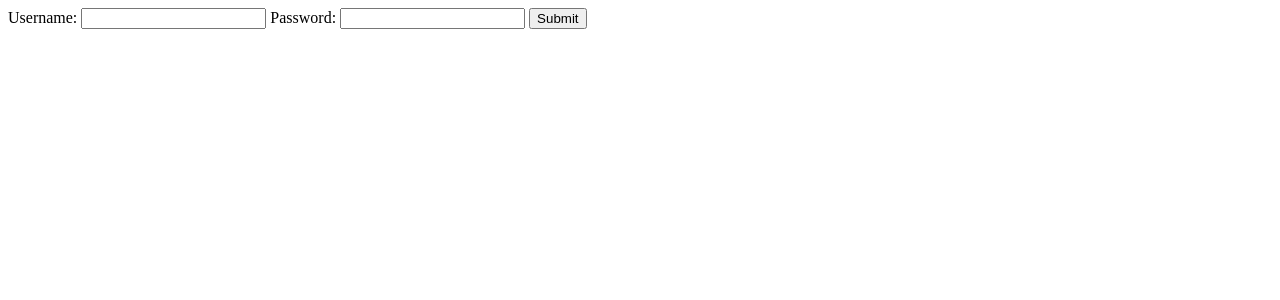
Repository: girija1234567/finalmule
Page: projectone/src/main/resources/index.html
An editor plug-in stored every save of this project. The page is shown before and after the next save, followed by the edit.
The browser window is 1280 px wide. The pictures show the whole page.

Above is the page before, as saved 2018-01-16 06:33:49.

After the next save:
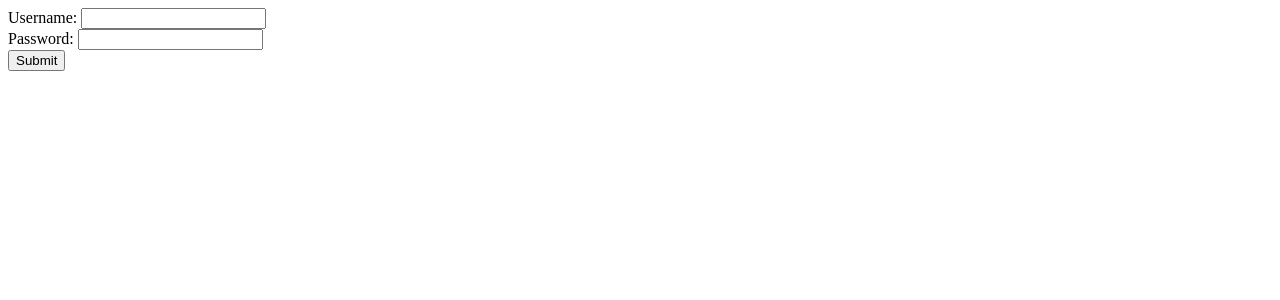
Saved 6 min 58 s later.
--- a/projectone/src/main/resources/index.html
+++ b/projectone/src/main/resources/index.html
@@ -1,8 +1,8 @@
 <html>
 	<body>
 		<form action="/login" method="POST">
-			Username: <input type="text" name="username" id="username"/>
-			Password: <input type="password" name="password" id="password"/>
+			Username: <input type="text" name="username" id="username"/> <br>
+			Password: <input type="password" name="password" id="password"/><br>
 			<input type="submit" name="Submit" value="Submit" id="submit"/>
 		</form>
 	</body>
